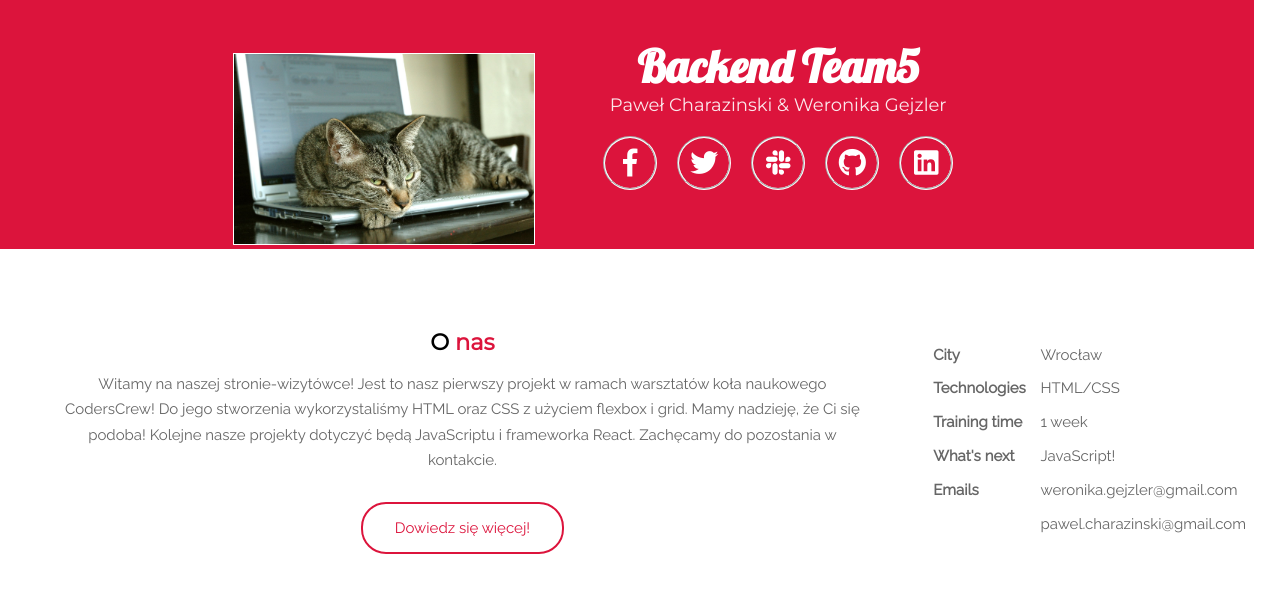
Repository: pietruszka/cc_proj1
Page: index.html
The author's editor kept a copy of each file at every save. The page is drawn from the files as they stood at one save, then again after the next save.
The browser window is 1280 px wide. The pictures show the whole page.
Some web libraries are served in a nearby version.

Above is the page before, as saved 2018-11-18 20:36:21.

### index.html
<!DOCTYPE html>
<html lang="en">

<head>
    <meta charset="UTF-8">
    <meta name="viewport" content="width=device-width, initial-scale=1.0">
    <link rel="stylesheet" href="./style.css" />
    <link href="https://fonts.googleapis.com/css?family=Lobster" rel="stylesheet">
    <link href="https://use.fontawesome.com/releases/v5.0.8/css/all.css" rel="stylesheet">
    <link href="https://fonts.googleapis.com/css?family=Montserrat" rel="stylesheet">
    <link href="https://fonts.googleapis.com/css?family=Raleway" rel="stylesheet">
    <title>BackendTeam5</title>
</head>

<body>


        <div id="top">
            <div id="photo"><img id="photo1" src="people.jpg" alt=""></div>
            <div id="heading">


               <h1 id="heading1">Backend Team5</h1>
               <h2 id="heading2">Paweł Charazinski &amp; Weronika Gejzler</h2>
               <div class="nav">

                <div class="nav-item">
                    <a href="#" class="fab fa-facebook-f"></a>
                </div>
                <div class="nav-item">
                    <a href="#" class="fab fa-twitter"></a>
                </div>

                <div class="nav-item">
                    <a href="#" class="fab fa-slack"></a>
                </div>
                <div class="nav-item">
                    <a href="#" class="fab fa-github"></a>
                </div>
                <div class="nav-item">
                    <a href="#" class="fab fa-linkedin"></a>
                </div>
            </div>


            </div>

        </div>

        <div id="bottom">
            <div id="about">
<h1 id="h_about">O <span style="color:crimson">nas</span></h1>
<p id="p_about">Witamy na naszej stronie-wizytówce! Jest to nasz pierwszy projekt w ramach warsztatów koła naukowego CodersCrew! Do jego stworzenia wykorzystaliśmy HTML oraz CSS z użyciem flexbox i grid. Mamy nadzieję, że Ci się podoba! Kolejne nasze projekty dotyczyć będą JavaScriptu i frameworka React. Zachęcamy do pozostania w kontakcie.</p>
<div id="button">Dowiedz się więcej!</div>


            </div>
            <div id="details">
<table>
    <tr>
        <td class="table"><b>City</b></td>
        <td class="table">Wrocław</td>
    </tr>
    <tr>
        <td class="table"><b>Technologies</b></td>
        <td class="table">HTML/CSS</td>
    </tr>
    <tr>
        <td class="table"><b>Training time</b></td>
        <td class="table">1 week</td>
    </tr>
    <tr>
        <td class="table"><b>What's next</b></td>
        <td class="table">JavaScript!</td>
    </tr>
    <tr>
        <td class="table"><b>Emails</b></td>
        <td class="table">weronika.gejzler@gmail.com
        </td>
    </tr>
    <tr><td class="table"></td><td class="table">pawel.charazinski@gmail.com
        </td></tr>

</table>
</div>
        </div>


</div>
</body>

</html>

### style.css
body{
    margin: 0 2vw 1vw 0;
    font-size: 15px;


}
#top{
   display: flex;
   flex-direction: row;
   flex-wrap: wrap;
   align-items: center;
   justify-content: center;

    background-color: crimson;
    color: white;



}
#photo{
align-self: flex-end;


}
#photo1{
width: auto;
height: auto;
   max-width: 300px;
   max-height: 200px;
   border: 1px solid white;

}

#heading{

  padding: 3vw;

}

#heading1 {

    font-size: 3em;
    font-weight: 700;
        font-family: 'Lobster', cursive;
    text-align: center;
    margin:0;
   }
   #heading2 {

    font-size: 1.2em;
    font-weight: 100;
    font-family:  Montserrat;
    text-align: center;
    margin: 0%;
    opacity: 0.9;
    }

    a {
        color: white;
        text-decoration: none;

    }
    .nav {
        display: flex;
        justify-content: center;
        margin: 20px;
        flex-wrap: wrap;

    }

    .nav-item {

        animation: show 0.5s ease-in-out forwards;

        transition: all 0.3s ease-in-out;
        border-radius: 100%;
        border: groove 2px white;

        width: 50px;
        height: 50px;
        margin: 0 10px;
        display: flex;
        align-items: center;
        justify-content: center;

    }

    .nav-item:hover {
        cursor: pointer;

        opacity: 0.8;

    }

    .nav-item a:hover {

        opacity: 0.5;

    }

    .nav-item a {
        font-size: 28px;

    }

#bottom{
    display: flex;
    flex-direction: row;
    align-items: center;



}
#about{
   margin: 5vw;

   text-align: center;
}
#h_about{
   font-family:  Montserrat;
    font-style: Bold;
    font-size: 1.5em;

        line-height: 29px;

}
#p_about{
   color: #666666;
   Font-Family: Raleway;
Font-Style: Regular;

Line-Height: 1.7em;

}
#button{
    margin: 1vw;
    border: 2px solid crimson;
    border-radius: 25px;
    background-color: white;
    color: crimson;

    padding: 15px 32px;
    text-align: center;
    text-decoration: none;
    display: inline-block;

    Font-Family: Raleway;
}

#button:hover {
    cursor: pointer;
    background-color: bisque;
    transform: scale(1.03);

}


#details{

    color: #666666;
    Font-Family: Raleway;
 Font-Style: Regular;

 Line-Height: 19px;
 text-Align: Left;
 grid-area: details;
}
.table{
    padding: 0.5vw;
}

After the next save:
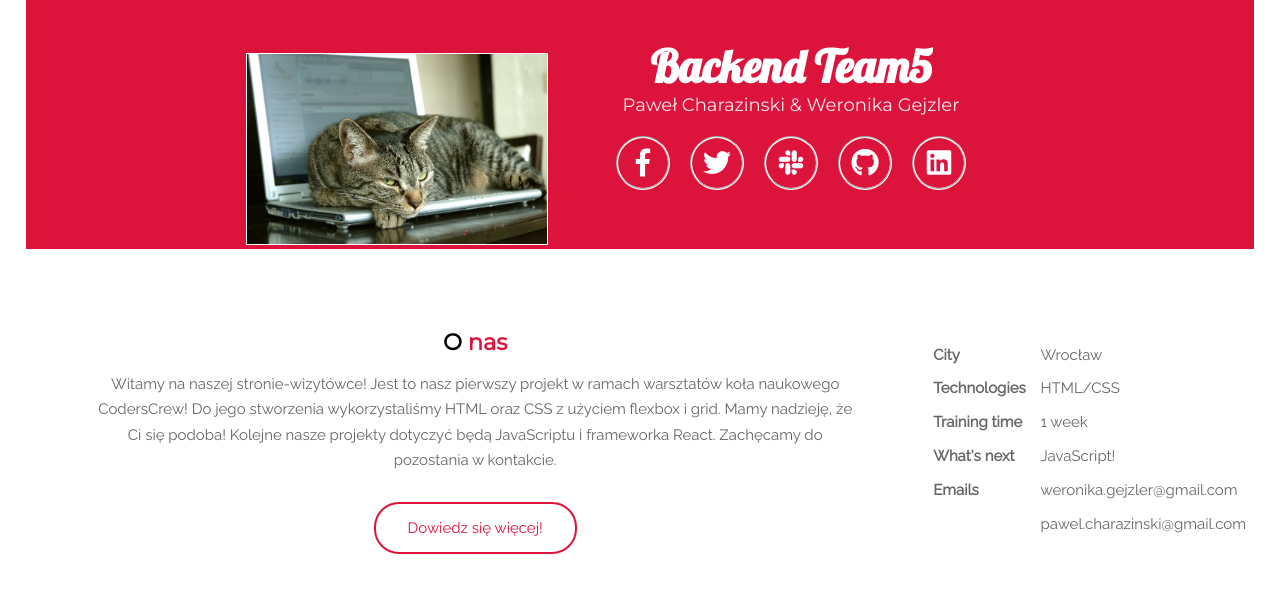
Saved 6 s later.
--- a/style.css
+++ b/style.css
@@ -1,5 +1,5 @@
 body{
-    margin: 0 2vw 1vw 0;
+    margin: 0 2vw 1vw 2vw;
     font-size: 15px;
 
 
